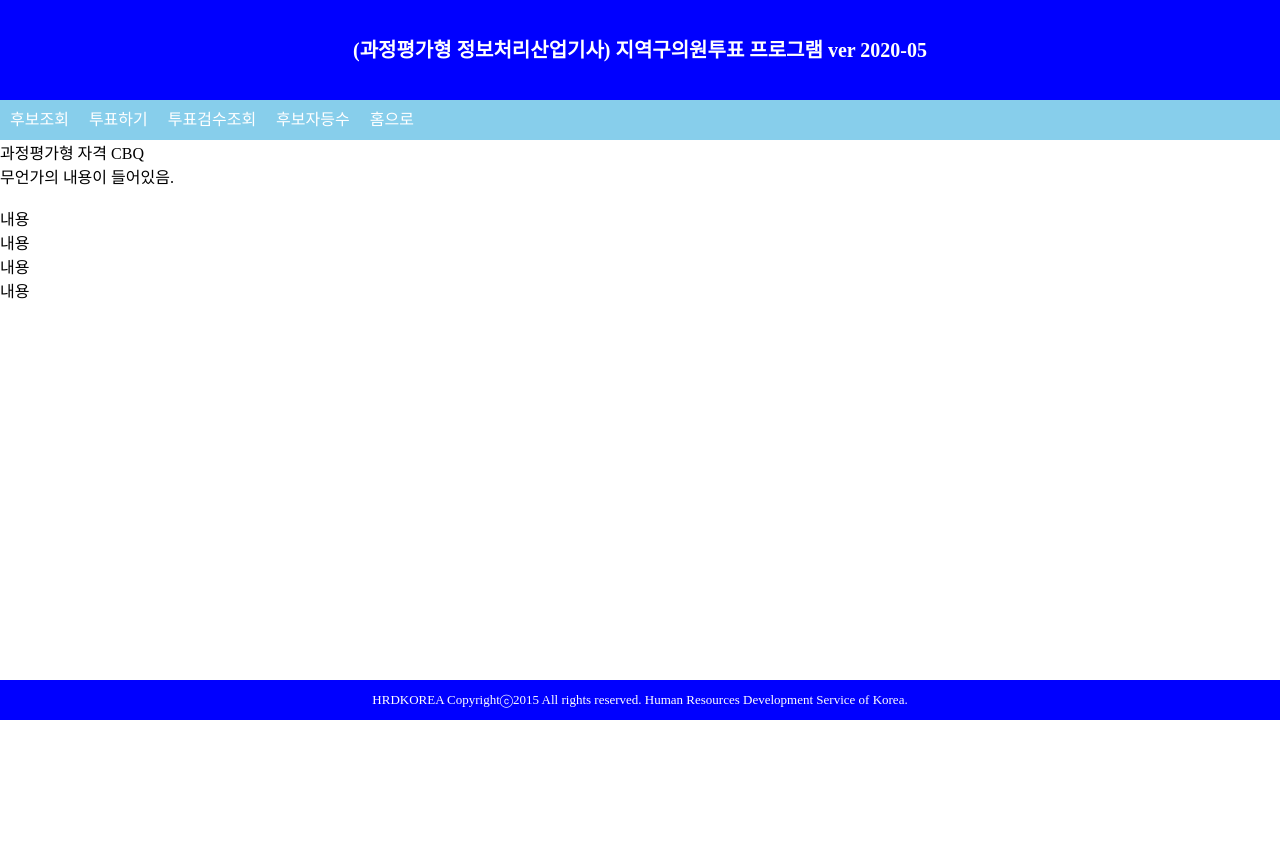
Repository: kayeunae/mvc-pattern
Page: http://localhost/VOTE_1234/
An editor plug-in stored every save of this project. The page is shown before and after the next save, followed by the edit.
The browser window is 1280 px wide. The pictures show the whole page.
The page is served by Tomcat 9. Other server files are loaded and not shown.

Above is the page before, as saved 2022-12-21 05:20:27.

### VOTE_1234/src/main/webapp/index.jsp
<%@ page language="java" contentType="text/html; charset=UTF-8"
    pageEncoding="UTF-8"%>
<!DOCTYPE html>
<html>
<head>
<meta charset="UTF-8">
<title>Insert title here</title>
<link rel="stylesheet" href="style.css">
</head>
<body>
	<%@ include file="topmenu.jsp" %>
	<section>
		<p>과정평가형 자격 CBQ</p>
		<span>무언가의 내용이 들어있음.</span> <br />
		<br />
		<ul>
			<li>내용</li>
			<li>내용</li>
			<li>내용</li>
			<li>내용</li>
		</ul>
	</section>
	<%@ include file="footer.jsp" %>
</body>
</html>

### VOTE_1234/src/main/webapp/topmenu.jsp
<%@ page language="java" contentType="text/html; charset=UTF-8"
    pageEncoding="UTF-8"%>
<!DOCTYPE html>
<html>
<head>
<meta charset="UTF-8">
<title>Insert title here</title>
</head>
<body>
	<header>(과정평가형 정보처리산업기사) 지역구의원투표 프로그램 ver 2020-05</header>
	<nav>
		<ul>
			<li><a href="member">후보조회</a></li>
			<li><a href="vote">투표하기</a></li>
			<li><a href="view">투표검수조회</a></li>
			<li><a href="result">후보자등수</a></li>
			<li><a href="home">홈으로</a></li>
		</ul>
	</nav>
</body>
</html>

### VOTE_1234/src/main/webapp/footer.jsp
<%@ page language="java" contentType="text/html; charset=UTF-8"
    pageEncoding="UTF-8"%>
<!DOCTYPE html>
<html>
<head>
<meta charset="UTF-8">
<title>Insert title here</title>
</head>
<body>
	<footer>
	HRDKOREA Copyrightⓒ2015 All rights reserved. Human Resources Development Service of Korea.
	</footer>

</body>
</html>

### VOTE_1234/src/main/webapp/style.css
@charset "UTF-8";

/*초기화 코드*/
* {
margin: 0;
padding: 0;
}

/*topmenu.jsp*/
header {
	top: 0;
	height: 100px;
	line-height: 100px;
	width: 100%;
	background: blue;
	text-align: center;
	font-size: 20px;
	font-weight: 900;
	color: white;
}

nav ul {
	height: 40px;
	line-height: 40px;
	width: 100%;
	background: skyblue;
	overflow: hidden;
}

nav ul li {
	list-style: none;
	float: left;
	padding: 0 10px;
}

a {
	text-decoration: none;
	color: white;
}

/* index.jsp */
section {
	position: absolute;
	overflow: auto;
	width: 100%;
	height:100%;
	background: ligthgrey;
}

/* footer.jsp */
footer {
	position: fixed;
	bottom: 0;
	width: 100%;
	height: 40px;
	line-height: 40px;
	background: blue;
	text-align: center;
	color: white;
	font-size: 13px;
}

After the next save:
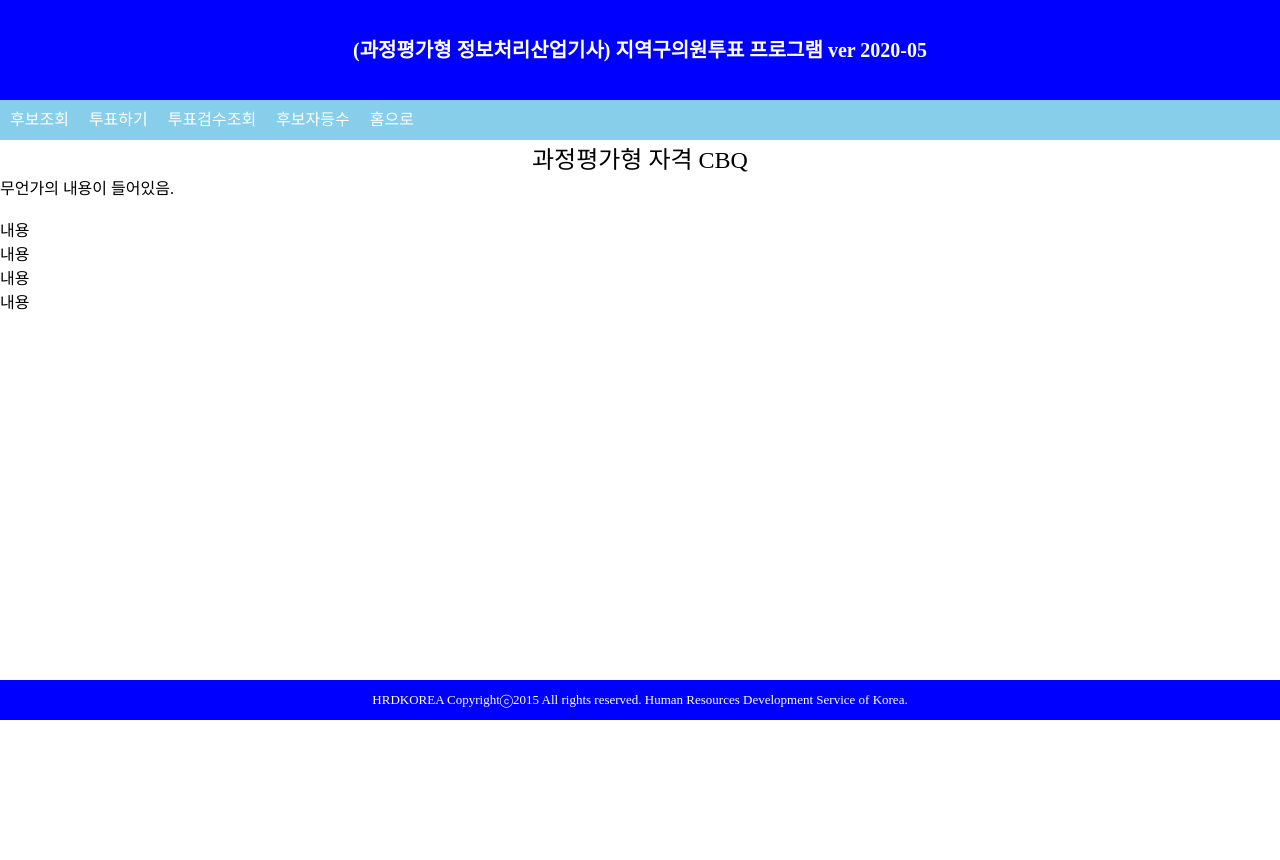
Saved 68 s later.
--- a/VOTE_1234/src/main/webapp/style.css
+++ b/VOTE_1234/src/main/webapp/style.css
@@ -47,6 +47,11 @@
 	background: ligthgrey;
 }
 
+p {
+	text-align: center;
+	font-size: 24px;
+}
+
 /* footer.jsp */
 footer {
 	position: fixed;
